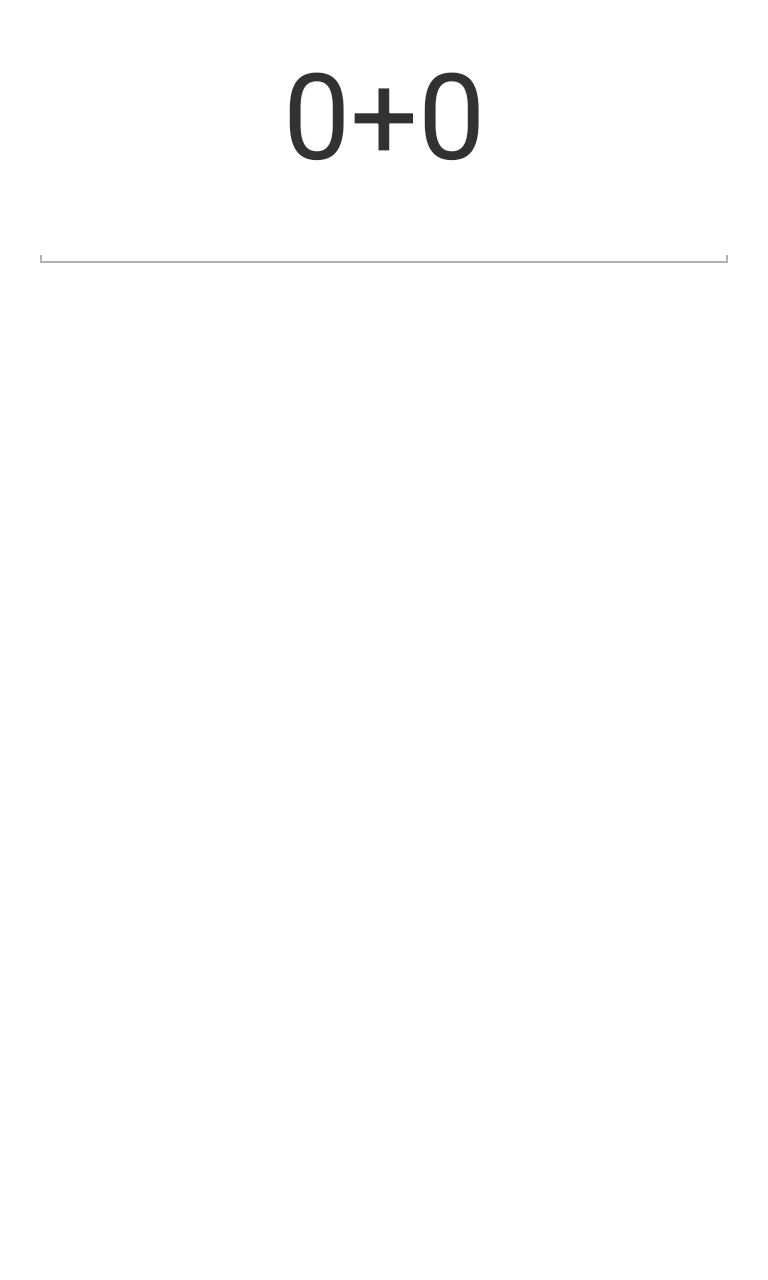
Repository: l2y/MathQuizApp
Layout: MathQuiz/res/layout/activity_quiz.xml
An editor plug-in stored every save of this project. The layout is shown before and after a run of saves, followed by the edit.
It is drawn on a 768 x 1280 px phone screen (xhdpi) without system bars, with theme AppTheme; the app's code is not run.

Above is the layout before, as saved 2014-04-08 01:25:40.

### MathQuiz/res/layout/activity_quiz.xml
<RelativeLayout xmlns:android="http://schemas.android.com/apk/res/android"
    xmlns:tools="http://schemas.android.com/tools"
    android:layout_width="match_parent"
    android:layout_height="match_parent"
    android:paddingBottom="@dimen/activity_vertical_margin"
    android:paddingLeft="@dimen/activity_horizontal_margin"
    android:paddingRight="@dimen/activity_horizontal_margin"
    android:paddingTop="@dimen/activity_vertical_margin"
    tools:context=".QuizActivity" >

    <LinearLayout
        android:layout_width="fill_parent"
        android:layout_height="wrap_content"
        android:layout_alignParentTop="true"
        android:id="@+id/question"
        android:gravity="center_horizontal">
	    <TextView
	        android:layout_width="wrap_content"
	        android:layout_height="wrap_content"
	        android:text="@string/zero"
	        android:id="@+id/number_1"
	        android:textSize="60sp"/>
	    <TextView
	        android:layout_width="wrap_content"
	        android:layout_height="wrap_content"
	        android:text="@string/operation"
	        android:id="@+id/operation"
	        android:textSize="60sp"/>
	    <TextView
	        android:layout_width="wrap_content"
	        android:layout_height="wrap_content"
	        android:text="@string/zero"
	        android:id="@+id/number_2"
	        android:textSize="60sp"/>
	</LinearLayout>
    <EditText
        android:inputType="number"
        android:layout_width="match_parent"
        android:layout_height="wrap_content"
        android:id="@+id/answer"
        android:layout_below="@+id/question"/>

</RelativeLayout>

### MathQuiz/res/values/strings.xml
<?xml version="1.0" encoding="utf-8"?>
<resources>

    <string name="app_name">Brain Up Mathematics</string>
    <string name="action_settings">Settings</string>
    <string name="title">The Math Quizapp</string>
    <string name="title_activity_quiz">QuizActivity</string>
    <string name="holder_equation">9 x 9 = ?</string>

<!--     Button Names -->
	<string name="start">START</string>
	<string name="leaderboards">LEADERBOARDS</string>
	<string name="other">OTHER</string>

	<string name="filler">Brown Fox jumped or something.</string>
	<string name="zero">0</string>
	<string name="operation">+</string>

</resources>

Loaded but not shown: MathQuiz/res/values/styles.xml (common file); MathQuiz/res/values-v11/styles.xml (common file); MathQuiz/res/values-v14/styles.xml (common file); MathQuiz/res/values/dimens.xml (common file)

After the next 2 saves:
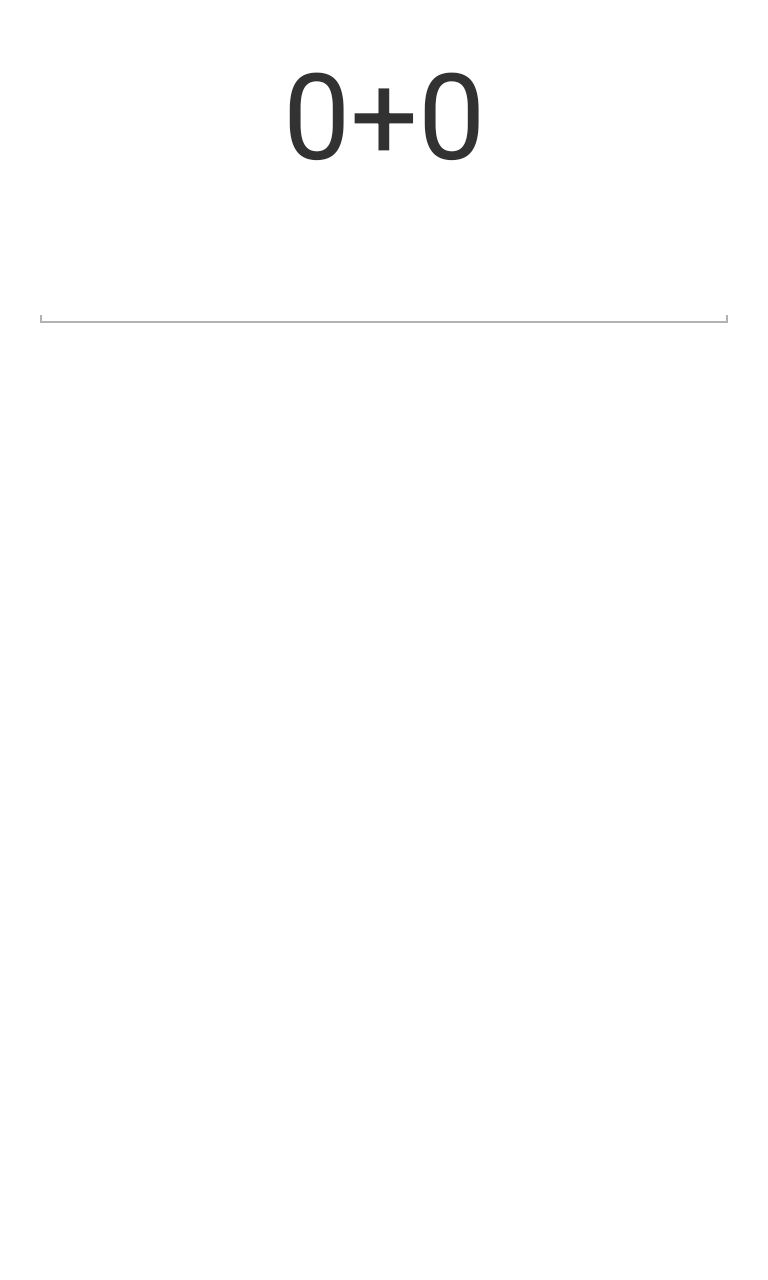
The 2 saves are shown as one change because they came seconds apart.
The last was saved 23 s later.
--- a/MathQuiz/res/layout/activity_quiz.xml
+++ b/MathQuiz/res/layout/activity_quiz.xml
@@ -13,7 +13,8 @@
         android:layout_height="wrap_content"
         android:layout_alignParentTop="true"
         android:id="@+id/question"
-        android:gravity="center_horizontal">
+        android:gravity="center_horizontal"
+        android:layout_marginBottom="30dp">
 	    <TextView
 	        android:layout_width="wrap_content"
 	        android:layout_height="wrap_content"
